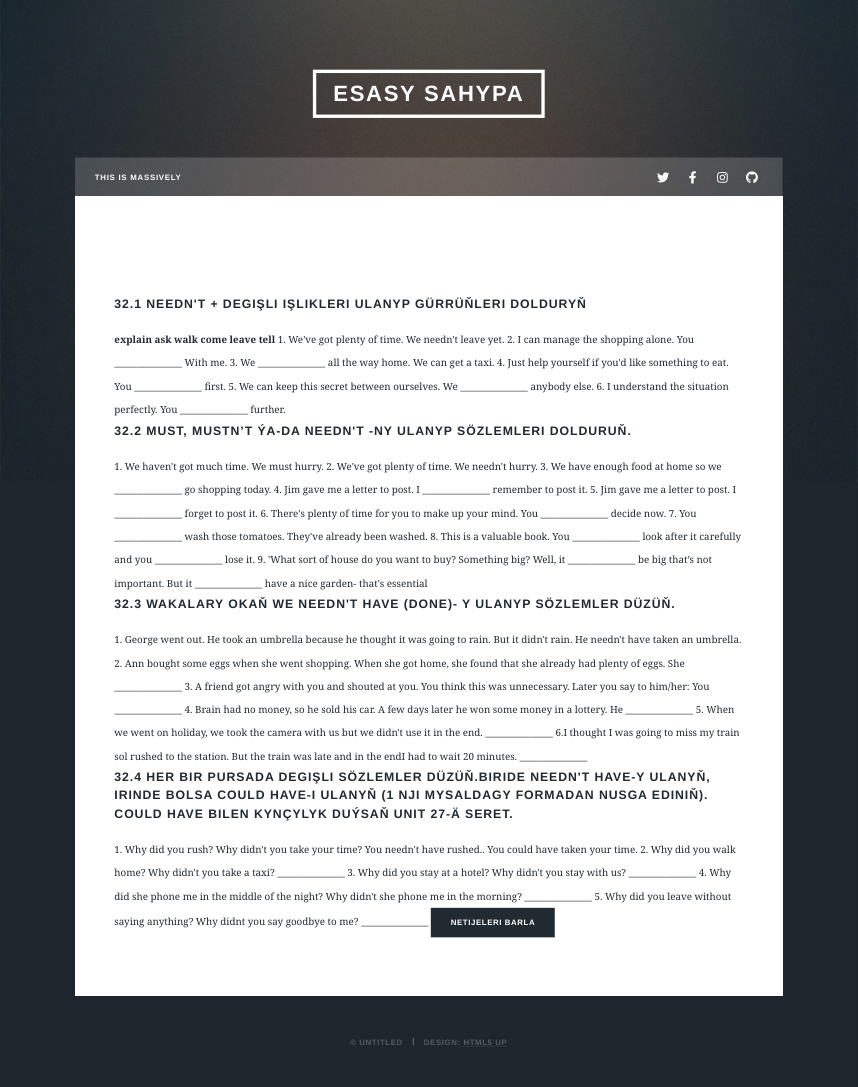
Repository: Sahet-dev/English-grammar-app
Page: test/test_unit _32.html
These files come from the project's save history. The page is drawn as it stood at one moment and after the next save; the edit follows.
The browser window is 1280 px wide. The pictures show the whole page, at 67% of full size.
Some web fonts or font styles are not loaded; a fallback is used.

Above is the page before, as saved 2022-06-24 17:06:17.

### test/test_unit _32.html
<!DOCTYPE HTML>
<!--
	Massively by HTML5 UP
	html5up.net | @ajlkn
	Free for personal and commercial use under the CCA 3.0 license (html5up.net/license)
-->
<html>
	<head>
		<title>Test </title>
		<meta charset="utf-8" />
		<meta name="viewport" content="width=device-width, initial-scale=1, user-scalable=no" />
		<link rel="stylesheet" href="../assets/css/test.css" />
		<noscript><link rel="stylesheet" href="../assets/css/noscript.css" /></noscript>
	</head>
	<body class="is-preload">

		<!-- Wrapper -->
			<div id="wrapper">

				<!-- Header -->
					<header id="header">
						<a href="index.html" class="logo">Esasy Sahypa</a>
					</header>

				<!-- Nav -->
					<nav id="nav">
						<ul class="links">
							<li><a href="units/.html">This is Massively</a></li>

						</ul>
						<ul class="icons">
							<li><a href="#" class="icon brands fa-twitter"><span class="label">Twitter</span></a></li>
							<li><a href="#" class="icon brands fa-facebook-f"><span class="label">Facebook</span></a></li>
							<li><a href="#" class="icon brands fa-instagram"><span class="label">Instagram</span></a></li>
							<li><a href="#" class="icon brands fa-github"><span class="label">GitHub</span></a></li>
						</ul>
					</nav>

				<!-- Main -->
					<div id="main">

						<!-- Post -->
							<section class="post">
								<header class="major">
									<h2>


									</h2>
								</header>

								<!-- Text stuff -->

									<p>
										<form action="results-unit-1.php" method="post">

										<h3>32.1

														Needn't + degişli işlikleri ulanyp gürrüňleri dolduryň</h3>

														<b> explain

														ask
														walk

														come

														leave

														tell</b>

														1. We've got plenty of time. We needn't leave yet.

														2. I can manage the shopping alone.
														You   _______________    With me.

														3. We   _______________    all the way home. We can get a taxi.

														4. Just help yourself if you'd like something to
														eat. You   _______________    first.

														5. We can keep this secret between ourselves.
														We   _______________   anybody else.

														6. I understand the situation perfectly.
														You   _______________   further.

													<h3>32.2

														Must, mustn’t ýa-da needn't -ny  ulanyp sözlemleri dolduruň.</h3>

														1. We haven't got much time. We must hurry.


														2. We've got plenty of time. We needn't hurry.

														3. We have enough food at home so
														we    _______________   go shopping today.

														4. Jim gave me a letter to post. I   _______________
														remember to post it.

														5. Jim gave me a letter to post. I    _______________
														forget to post it.

														6. There's plenty of time for you to make up
														your mind. You   _______________
														decide now.

														7. You   _______________
														wash those tomatoes. They've already been washed.


														8. This is a valuable book. You   _______________   look after it carefully and you    _______________    lose it.


														9. 'What sort of house do you want to buy?
														Something big? Well, it    _______________    be big that’s
														not important. But it     _______________     have a nice
														garden- that's essential



													<h3>32.3

														Wakalary okaň we  needn't have (done)- y ulanyp sözlemler düzüň.</h3>

														1. George went out. He took an umbrella
														because he thought it was going to rain. But it

														didn't rain. He needn't have taken an umbrella.

														2. Ann bought some eggs when she went
														shopping. When she got home, she found that
														she already had plenty of eggs. She     _______________

														3. A friend got angry with you and shouted at
														you. You think this was unnecessary. Later you
														say to him/her: You     _______________

														4. Brain had no money, so he sold his car. A
														few days later he won some money in a lottery.
														He     _______________

														5. When we went on holiday, we took the
														camera with us but we didn't use it in the

														end.     _______________

														6.I thought I was going to miss my train sol
														rushed to the station. But the train was late and

														in the endI had to wait 20 minutes.     _______________

													<h3>32.4

														Her bir pursada degişli sözlemler düzüň.Biride  needn't have-y ulanyň, irinde bolsa could have-i ulanyň (1 nji mysaldagy formadan nusga ediniň).
														Could have bilen kynçylyk duýsaň Unit 27-ä seret.
													</h3>
														1. Why did you rush? Why didn't you take your
														time? You needn't have rushed.. You could

														have taken your time.

														2. Why did you walk home? Why didn't you take
														a taxi?     _______________

														3. Why did you stay at a hotel? Why didn't you
														stay with us?     _______________

														4. Why did she phone me in the middle of
														the night? Why didn't she phone me in the
														morning?     _______________

														5. Why did you leave without saying anything?
														Why didnt you say goodbye to me?     _______________

											        <button class="button primary" type="submit">Netijeleri barla</button>
										</form>



									</p>


							</section>

					</div>


				<!-- Copyright -->
					<div id="copyright">
						<ul><li>&copy; Untitled</li><li>Design: <a href="https://html5up.net">HTML5 UP</a></li></ul>
					</div>

			</div>

		<!-- Scripts -->
			<script src="assets/js/jquery.min.js"></script>
			<script src="assets/js/jquery.scrollex.min.js"></script>
			<script src="assets/js/jquery.scrolly.min.js"></script>
			<script src="assets/js/browser.min.js"></script>
			<script src="assets/js/breakpoints.min.js"></script>
			<script src="assets/js/util.js"></script>
			<script src="assets/js/main.js"></script>

	</body>
</html>

Loaded but not shown: assets/js/jquery.min.js (library); assets/js/jquery.scrollex.min.js (common file); assets/js/jquery.scrolly.min.js (common file); assets/js/browser.min.js (common file); assets/js/breakpoints.min.js (common file); assets/css/fontawesome-all.min.css (library); assets/js/util.js (587 lines, source omitted); assets/js/main.js (258 lines, source omitted); assets/css/test.css (4689 lines, source omitted)

After the next save:
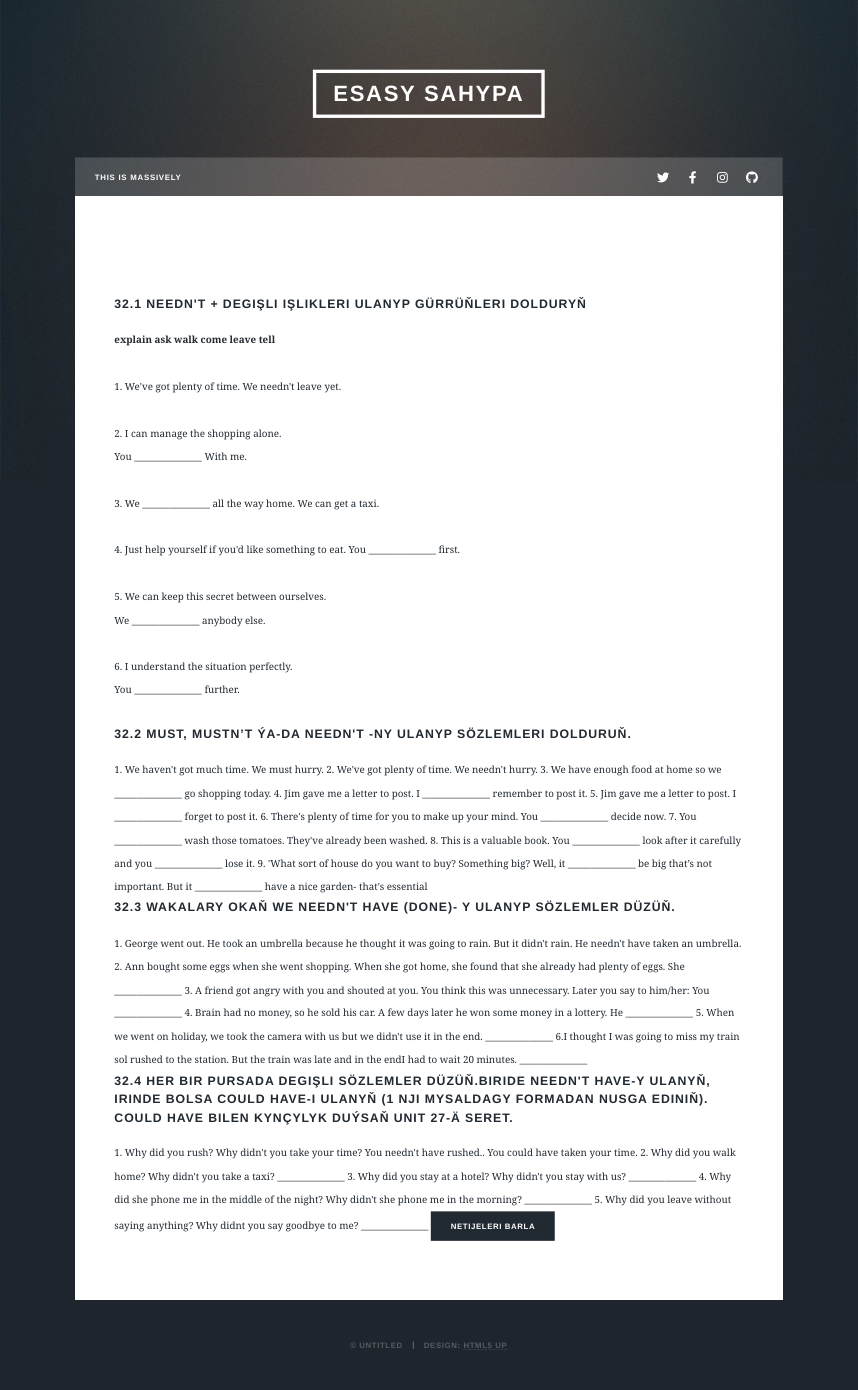
Saved 24 s later.
--- a/test/test_unit _32.html
+++ b/test/test_unit _32.html
@@ -66,24 +66,24 @@
 
 														leave
 
-														tell</b>
+														tell</b><br><br>
 
 														1. We've got plenty of time. We needn't leave yet.
-
-														2. I can manage the shopping alone.
-														You   _______________    With me.
+														<br><br>
+														2. I can manage the shopping alone.<br>
+														You   _______________    With me.<br><br>
 
 														3. We   _______________    all the way home. We can get a taxi.
-
+														<br><br>
 														4. Just help yourself if you'd like something to
 														eat. You   _______________    first.
-
-														5. We can keep this secret between ourselves.
+														<br><br>
+														5. We can keep this secret between ourselves.<br>
 														We   _______________   anybody else.
-
-														6. I understand the situation perfectly.
+														<br><br>
+														6. I understand the situation perfectly.<br>
 														You   _______________   further.
-
+														<br><br>
 													<h3>32.2
 
 														Must, mustn’t ýa-da needn't -ny  ulanyp sözlemleri dolduruň.</h3>
